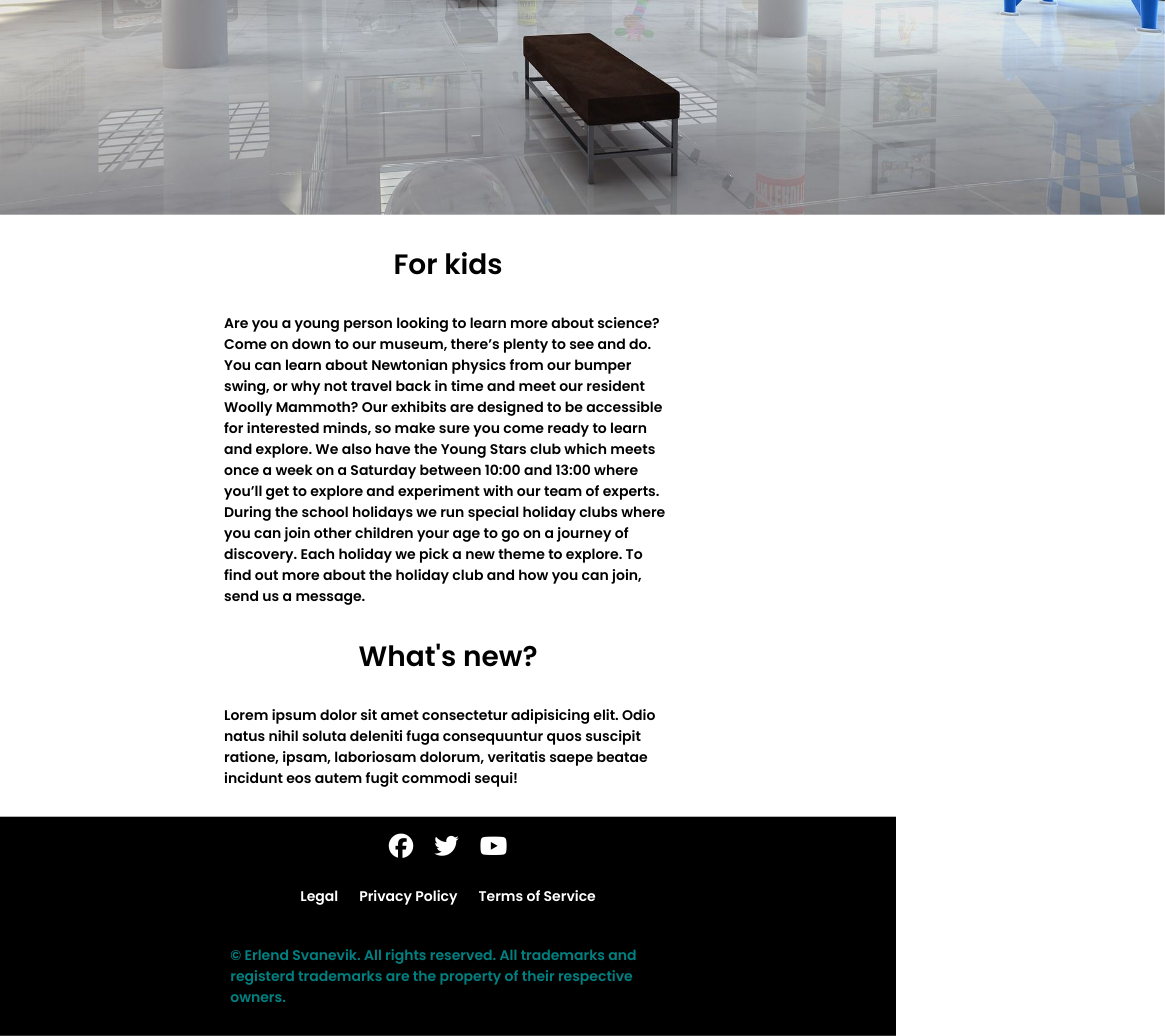
Repository: EpleWasTaken/Semester-Project
Page: index.html
These files come from the project's save history. The page is drawn as it stood at one moment and after the next save; the edit follows.
The browser window is 1280 px wide. The page is 1664 px wide, so the pictures cover 1664 px, including what lies to the right of the window. The pictures show the part of the page from y = 974 to 2454 px (the page is 2454 px tall before and 2426 px after), at 70% of full size.
Some web libraries are served in a nearby version.

Above is the page before, as saved 2020-12-04 12:22:09.

### index.html
<!DOCTYPE html>
<html lang="en">
<head>
    <meta charset="UTF-8">
    <meta name="viewport" content="width=device-width, initial-scale=1.0">
    <meta name="keywords" content="museum, science museum, community museum">
    <meta name="author" content="Erlend Molvik Svanevik">
    <title>CSM Home Page</title>

    <link rel="preconnect" href="https://fonts.gstatic.com">
    <link href="https://fonts.googleapis.com/css2?family=Poppins:ital,wght@0,100;0,200;0,300;0,400;0,500;0,600;1,100;1,200;1,300;1,400;1,500;1,600&display=swap" rel="stylesheet">
    <link rel="stylesheet" href="/css/styles.css">
    <link rel="stylesheet" href="/css/footer.css">
    <script src="https://kit.fontawesome.com/cafca22d75.js" crossorigin="anonymous"></script>
</head>


<!--NAVIGAION, LOGO AND SEARCH BAR-->


<body>
    <header>
        <div class="logo-container">
            <a href="index.html" aria-label="Go to frontpage">
                <img src="/Images/CommunityScienceMuseum.jpg" class="logo" alt="Community Science Museum logo">
            </a>
        </div>
        <label class="hamburger-menu" for="hamburger-menu" aria-label="Hamburger menu for navigation"><i class="fas fa-bars fa-2x"></i></label>
        <input type="checkbox" id="hamburger-menu">
        <nav>
            <div class="nav-container">
                <ul>
                    <li><a href="index.html" aria-label="Go to home page">Home</a></li>
                    <li><a href="visit.html" aria-label="Go to the visit page">Visit</a></li>
                    <li><a href="to-see-and-do.html" aria-label="Go to: To see and do">To see and do</a></li>
                    <li><a href="contact.html" aria-label="Go to the contact page">Contact</a></li>
                    <li><a href="about.html" aria-label="Go to the about page">About</a></li>
                </ul>
            </div>
        </nav>
    </header>


<!--CONTENT-->


<main>
    <section class="presentation">
        <div class="introduction">
            <div class="welcome-text">
                <h1>Explore together</h1>
                <p>Come join us at the Community Science Museum where we’re committed to making science accessible to all.</p>
            </div>
            <div class="home-image">
                <img src="/Images/200kbmuseum.jpg" class="homepic" alt="Scinence museum hallway">
            </div>
            <div>
                <h3>For kids</h3>
                <p>Are you a young person looking to learn more about science? Come on down to our museum, there’s plenty to see and do.
                   You can learn about Newtonian physics from our bumper swing, or why not travel back in time and meet our resident Woolly Mammoth? Our exhibits are designed to be accessible for interested minds, so make sure you come ready to learn and explore.
                   We also have the Young Stars club which meets once a week on a Saturday between 10:00 and 13:00 where you’ll get to explore and experiment with our team of experts.
                   During the school holidays we run special holiday clubs where you can join other children your age to go on a journey of discovery. Each holiday we pick a new theme to explore. To find out more about the holiday club and how you can join, send us a message.
                </p>
            </div>
            <div>
                </a>
                <h3>What's new?</h3>
                <p>Lorem ipsum dolor sit amet consectetur adipisicing elit. Odio natus nihil soluta deleniti fuga consequuntur quos suscipit ratione,
                ipsam, laboriosam dolorum, veritatis saepe beatae incidunt eos autem fugit commodi sequi!</p>
            </div>
        </div>
    </section>
</main>



<!--FOOTER, TOS/LEGAL/PRIVACY-POLICY AND SOCIALS-->


    <footer class="footer">
        <div class="footer-container">
            <ul class="footer-social">
                <li>
                    <a href="#0" class="facebook"><i class="fab fa-facebook"></i></a>
                </li>
                <li>
                    <a href="#0" class="twitter"><i class="fab fa-twitter"></i></a>
                </li>
                <li>
                    <a href="#0" class="youtube"><i class="fab fa-youtube"></i></a>
                </li>
            </ul>
        </div>
        <div class="footer-container">
            <div class="footer-legal">
                <a href="#0">Legal</a>
                <a href="#0">Privacy Policy</a>
                <a href="#0">Terms of Service</a>
            </div>
            <div class="footer-copyright">
                <p>&copy; Erlend Svanevik. All rights reserved. All trademarks and registerd trademarks are the property of
                   their respective owners.</p>
            </div>
        </div>
    </footer>
</body>
</html>

### css/styles.css
* {
	margin: 0px;
	padding: 0px;
	box-sizing: border-box;
}

body {
	font-family: 'poppins', sans seriff;
	background-color: white;
}

header {
	display: flex;
	background-color: black;
}

.logo {
	max-width: 125px;
}

.logo-container {
	height: 66.41px;
}

/* NAVIGATION/HAMBURGER MENU/CLICKEBLE
-------------------------------------------*/

nav {
	display: none;
}

label {
	display: block;
	height: 48px;
	padding: 16px;
	position: absolute;
	right: 0;
	top: 0;
	color: white;
	z-index: 1;
}

label li {
}

.nav-container {
	display: flex;
	flex-direction: column;
	align-items: center;
	position: fixed;
	top: 0;
	right: 0;
	background-color: black;
	width: 100%;
	height: 100vh;
	justify-content: center;
}

.nav-links a {
	display: flex;
	text-decoration: none;
	font-size: 25px;
	justify-content: space-between;
	list-style-type: none;
	color: white;
}

#hamburger-menu {
	display: none;
}

#hamburger-menu:checked ~ nav {
	display: block;
}

/*PICTURES
-----------------------------------------------*/

.homepic {
	width: auto;
	max-width: 100%;
	height: auto;
}

/**/

h1 {
	display: flex;
	align-items: center;
	justify-content: center;
	font-family: 'poppins', sans-serif;
	margin-left: auto;
	margin-right: auto;
	font-weight: 600;
	font-size: 30px;
	margin: 40px;
}

h3 {
	display: flex;
	align-items: center;
	justify-content: center;
	font-family: 'poppins', sans-serif;
	font-weight: 600;
	font-size: 20px;
	margin: 40px;
}

h2 {
	display: flex;
	align-items: center;
	justify-content: center;
	font-family: 'poppins', sans-serif;
	margin-left: auto;
	margin-right: auto;
	font-weight: 600;
	font-size: 20px;
	margin: 40px;
}

p {
	display: flex;
	align-items: center;
	justify-content: center;
	font-family: 'poppins', sans-serif;
	font-weight: 600;
	font-size: 15px;
	margin: 40px;
	max-width: 70%;
	margin-left: auto;
	margin-right: auto;
}

.open-hours p {
	margin: 20px;
	margin-left: auto;
	margin-right: auto;
	align-items: center;
	justify-content: center;
}

@media screen and (min-width: 1024px) {
	header {
		height: 159.38px;
	}

	.logo {
		display: flex;

		max-width: 300px;
	}

	.hamburger-menu {
		display: none;
	}

	.homepic {
		display: flex;
		flex-direction: column;
		justify-content: center;
		align-items: center;
		max-width: 1664px;
		margin-left: auto;
		margin-right: auto;
	}

	h1 {
		display: flex;
		align-items: center;
		justify-content: center;
		font-family: 'poppins', sans-serif;
		font-weight: 600;
		font-size: 60px;
		margin: 40px;
	}

	p {
		display: flex;
		align-items: center;
		justify-content: center;
		font-family: 'poppins', sans-serif;
		font-weight: 600;
		font-size: 20px;
		margin: 40px;
		max-width: 50%;
		margin-left: auto;
		margin-right: auto;
	}

	h3 {
		display: flex;
		align-items: center;
		justify-content: center;
		font-family: 'poppins', sans-serif;
		font-weight: 600;
		font-size: 40px;
		margin: 40px;
	}
}

### css/footer.css
/* FOOTER */

* {
	padding: 0;
	margin: 0;
	box-sizing: border-box;
}

footer {
	display: flex;
	flex-direction: column;
	justify-content: center;
	align-items: center;
	background-color: black;
	font-family: 'Poppins', sans-serif;
	font-weight: 600;
}

.footer-container {
	display: flex;
	flex-direction: column;
	justify-content: center;
	align-items: center;
}

.footer-social {
	font-size: 35px;
}

.footer-social li a {
	color: white;
}

.footer-legal {
	display: flex;
	flex-direction: column;
	text-decoration: none;
	align-items: center;
	justify-content: center;
	font-size: 20px;
}

.footer-legal a {
	display: flex;
	text-decoration: none;
	flex-direction: column;
	padding: 15px;
}

.footer-social li a.facebook:hover {
	color: #3b5998;
}

.footer-social li a.twitter:hover {
	color: #00acee;
}

.footer-social li a.youtube:hover {
	color: #c4302b;
}

.footer-legal a {
	color: white;
}

.footer-legal a:hover {
	color: #021859;
}

.footer-copyright {
	display: flex;
	flex-direction: column;
	text-decoration: none;
	font-size: 14px;
	color: teal;
}

ul {
	list-style: none;
}

@media screen and (min-width: 1024px) {
	.footer-legal {
		display: flex;
		flex-direction: row;
		justify-content: center;
		align-items: center;
	}

	.footer-legal a {
		display: flex;
		flex-direction: row;
		justify-content: center;
		align-items: center;
		padding: 15px;
	}

	.footer-social {
		display: flex;
		flex-direction: row;
		justify-content: center;
		align-items: center;
		text-decoration: none;
	}

	.footer-container {
		text-decoration: none;
	}

	.footer-social li {
		display: flex;
		flex-direction: row;
		text-decoration: none;
		margin: 15px;
	}
}

After the next save:
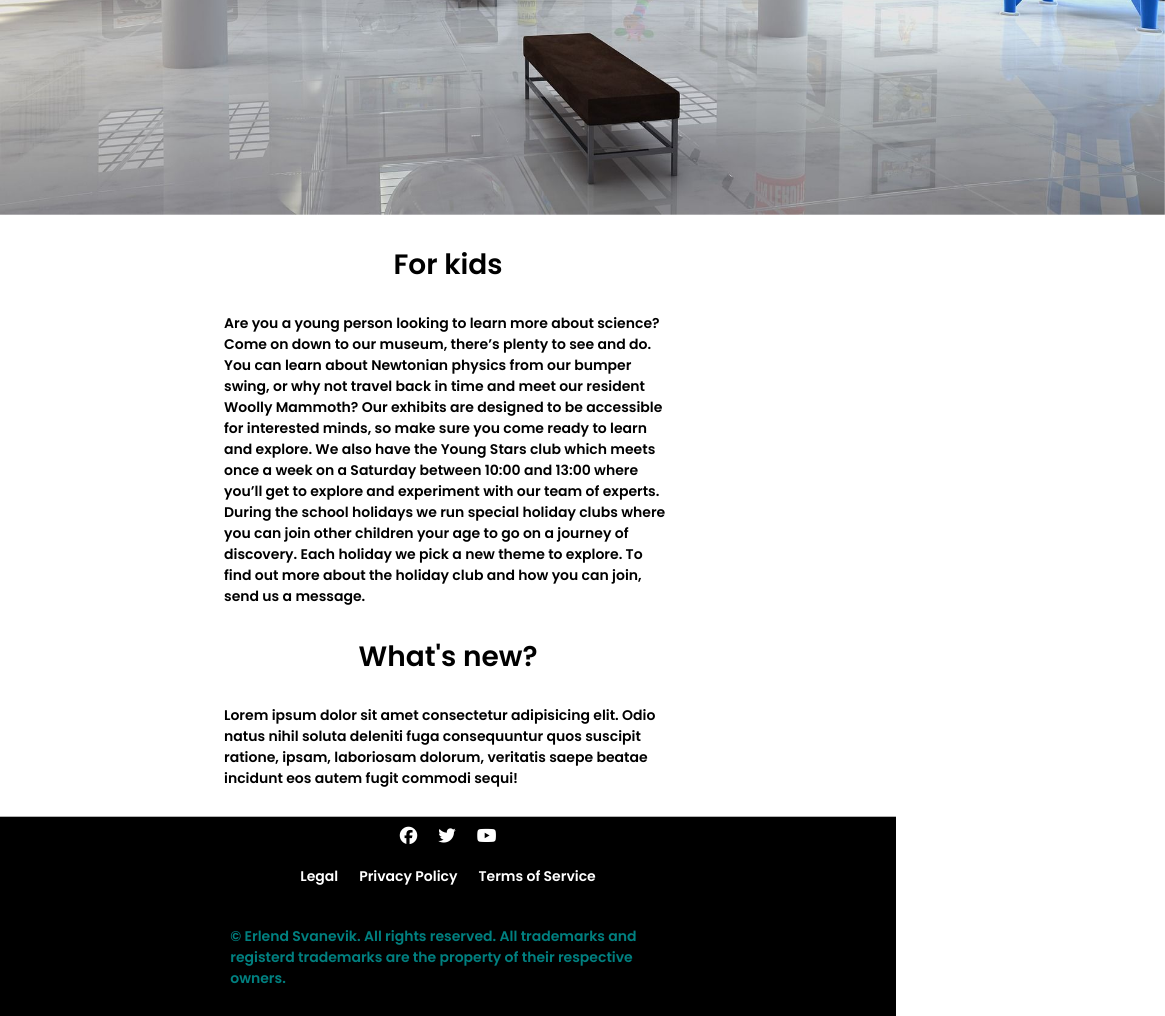
Saved 52 s later.
--- a/css/styles.css
+++ b/css/styles.css
@@ -40,9 +40,6 @@ label {
 	z-index: 1;
 }
 
-label li {
-}
-
 .nav-container {
 	display: flex;
 	flex-direction: column;
@@ -56,7 +53,7 @@ label li {
 	justify-content: center;
 }
 
-.nav-links a {
+ul a {
 	display: flex;
 	text-decoration: none;
 	font-size: 25px;
